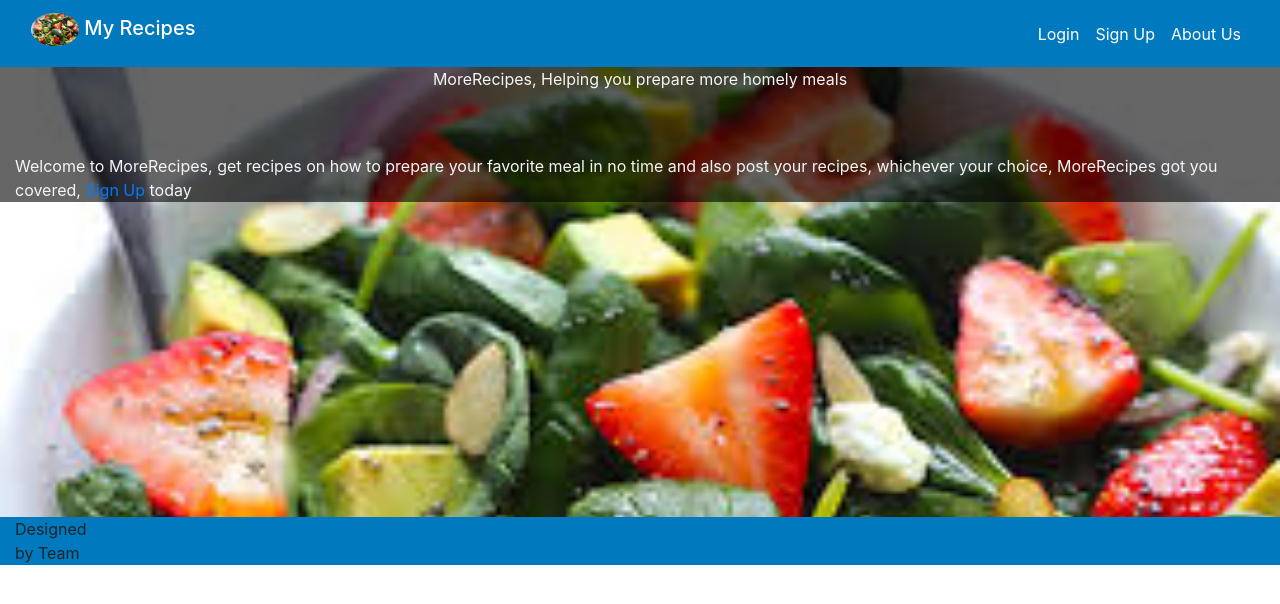
Repository: UggoPrince/more-recipes
Page: html/index.html
An editor plug-in stored every save of this project. The page is shown before and after the next save, followed by the edit.
The browser window is 1280 px wide. The pictures show the whole page.

Above is the page before, as saved 2018-07-30 06:59:51.

### html/index.html
<html lang="en">
<head>
  <meta charset="UTF-8">
  <meta name="viewport" content="width=device-width, initial-scale=1.0">
  <meta http-equiv="X-UA-Compatible" content="ie=edge">
  <link rel="stylesheet" href="https://maxcdn.bootstrapcdn.com/bootstrap/4.0.0/css/bootstrap.min.css" integrity="sha384-Gn5384xqQ1aoWXA+058RXPxPg6fy4IWvTNh0E263XmFcJlSAwiGgFAW/dAiS6JXm" crossorigin="anonymous"/>
  <style>
    main {
      background-color: rgba(0, 0, 3, 0.6);
      color: whitesmoke;
    }
    div#content {
      background-size: 100vw;
      background-repeat: no-repeat;
      background-image: url(../img/nav-image.jpg);
      background-size: cover;
      height: 450px;
      background-repeat: no-repeat;
    }
    nav {
      background-color: #0079be;
      color: white;
    }
    .nav-link {
      color: white;
    }
  </style>
  <title>My Recipes Homepage</title>
</head>
<body>
  <nav class="xnav navbar navbar-expand-lg">
    <div class="container-fluid">
      <h3 style="color: white;" class="navbar-brand">
        <img class="rounded-circle" src="../img/nav-image.jpg" style="width: 48px;" alt="logo"/>
        My Recipes
      </h3>
      <button class="navbar-toggler" type="button" data-toggle="collapse" aria-controls="navDropdown" aria-expanded="false" aria-label="Toggle Navigation" data-target="#navDropdown" >
        <span class="navbar-toggler-icon"></span>
      </button>
      <div class="collapse navbar-collapse justify-content-end brand-anchor" id="navDropdown">
        <ul class="navbar-nav">
          <li class="nav-item">
            <a class="nav-link" href="login.html">Login</a>
          </li>
          <li class="nav-item">
            <a class="nav-link" href="signup.html">Sign Up</a>
          </li>
          <li class="nav-item">
            <a class="nav-link" href="about.html">About Us</a>
          </li>
        </ul>
      </div>
    </div>
  </nav>
  <div id="content">
    <main class="container-fluid">
      <center>MoreRecipes, Helping you prepare more homely meals</h3></center>
      <div style="padding-top: 5%">
          Welcome to MoreRecipes, get recipes on how to prepare your favorite meal in no time and also post your recipes, whichever your choice, MoreRecipes got you covered, <a href="signup.html">Sign Up</a> today
      </div>

    </main>
  </div>
  <footer class="container-fluid" style="background-color: #0079be;">
    <div class="row">
      <div class="col-1">Designed by Team</div>
    </div>
  </footer>
</body>
</html>

After the next save:
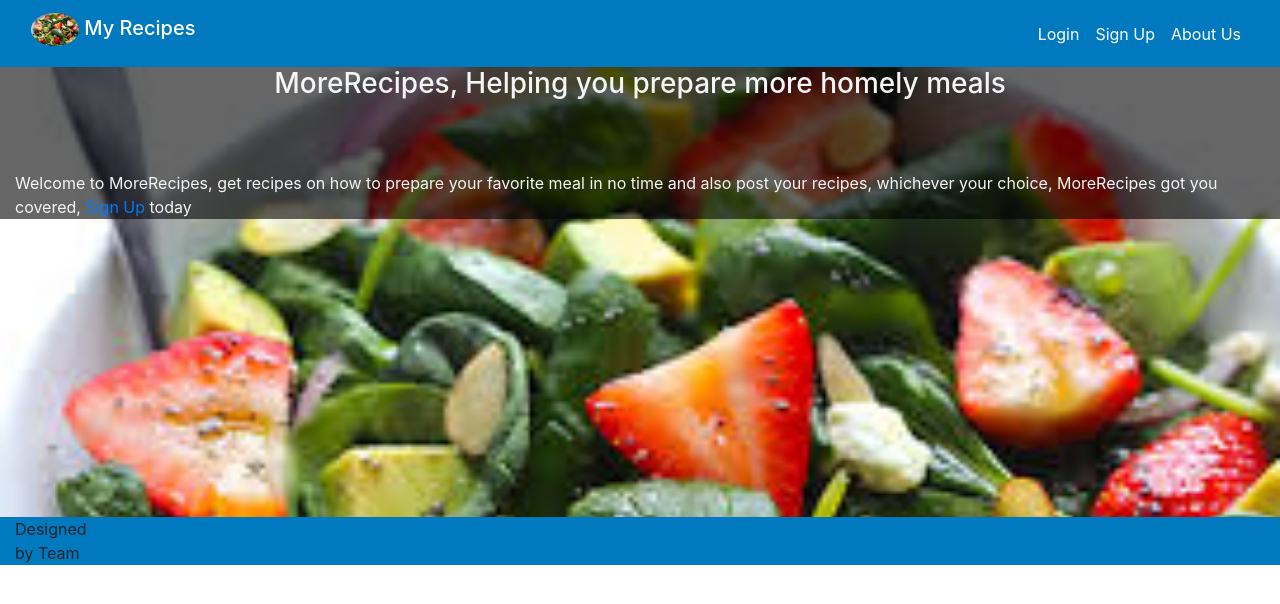
Saved 15 s later.
--- a/html/index.html
+++ b/html/index.html
@@ -54,7 +54,7 @@
   </nav>
   <div id="content">
     <main class="container-fluid">
-      <center>MoreRecipes, Helping you prepare more homely meals</h3></center>
+      <center><h3>MoreRecipes, Helping you prepare more homely meals</h3></center>
       <div style="padding-top: 5%">
           Welcome to MoreRecipes, get recipes on how to prepare your favorite meal in no time and also post your recipes, whichever your choice, MoreRecipes got you covered, <a href="signup.html">Sign Up</a> today
       </div>
